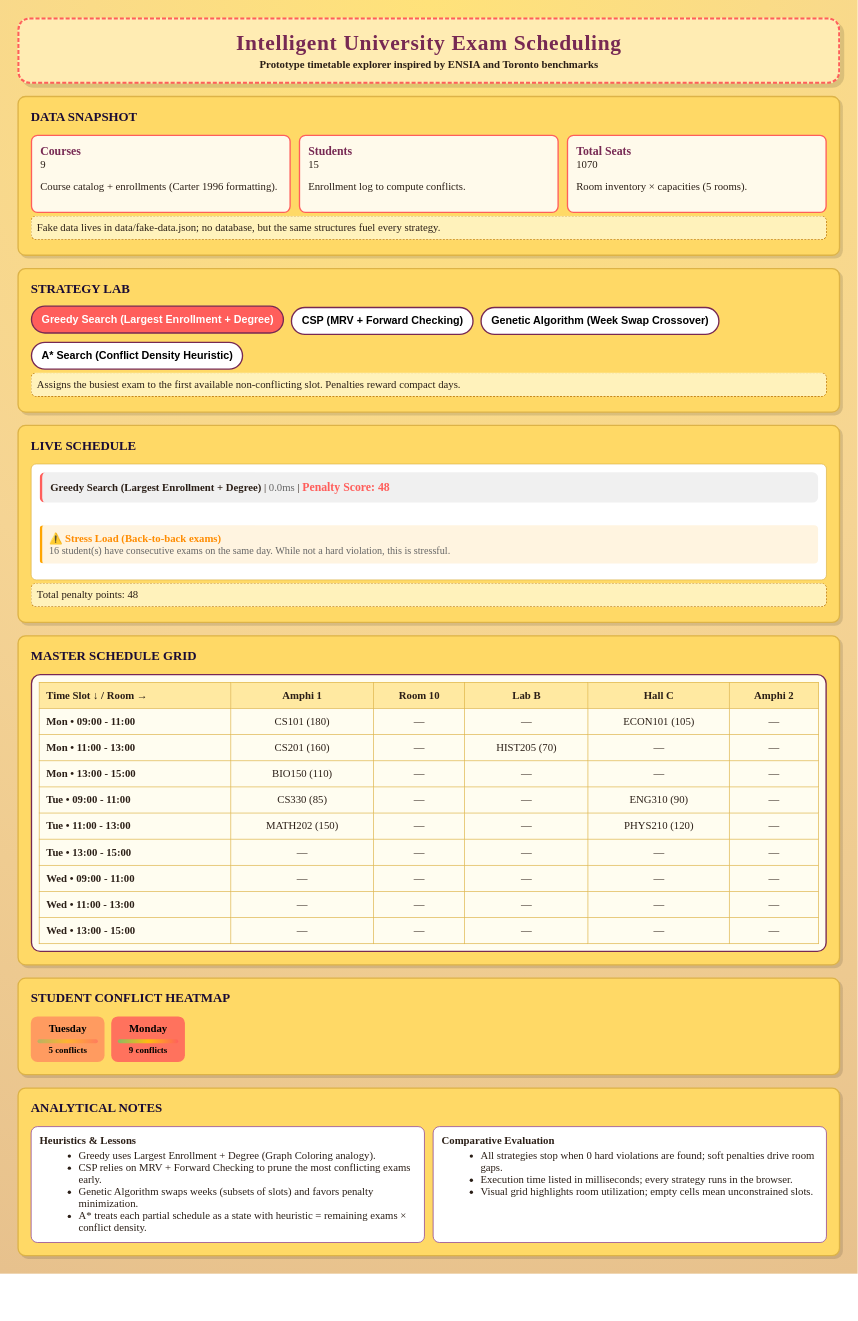
Repository: tarikko/AIExamScheduler
Page: index.html
The author's editor kept a copy of each file at every save. The page is drawn from the files as they stood at one save, then again after the next save.
The browser window is 1280 px wide. The pictures show the whole page, at 67% of full size.

Above is the page before, as saved 2026-02-23 22:36:00.

After the next save:
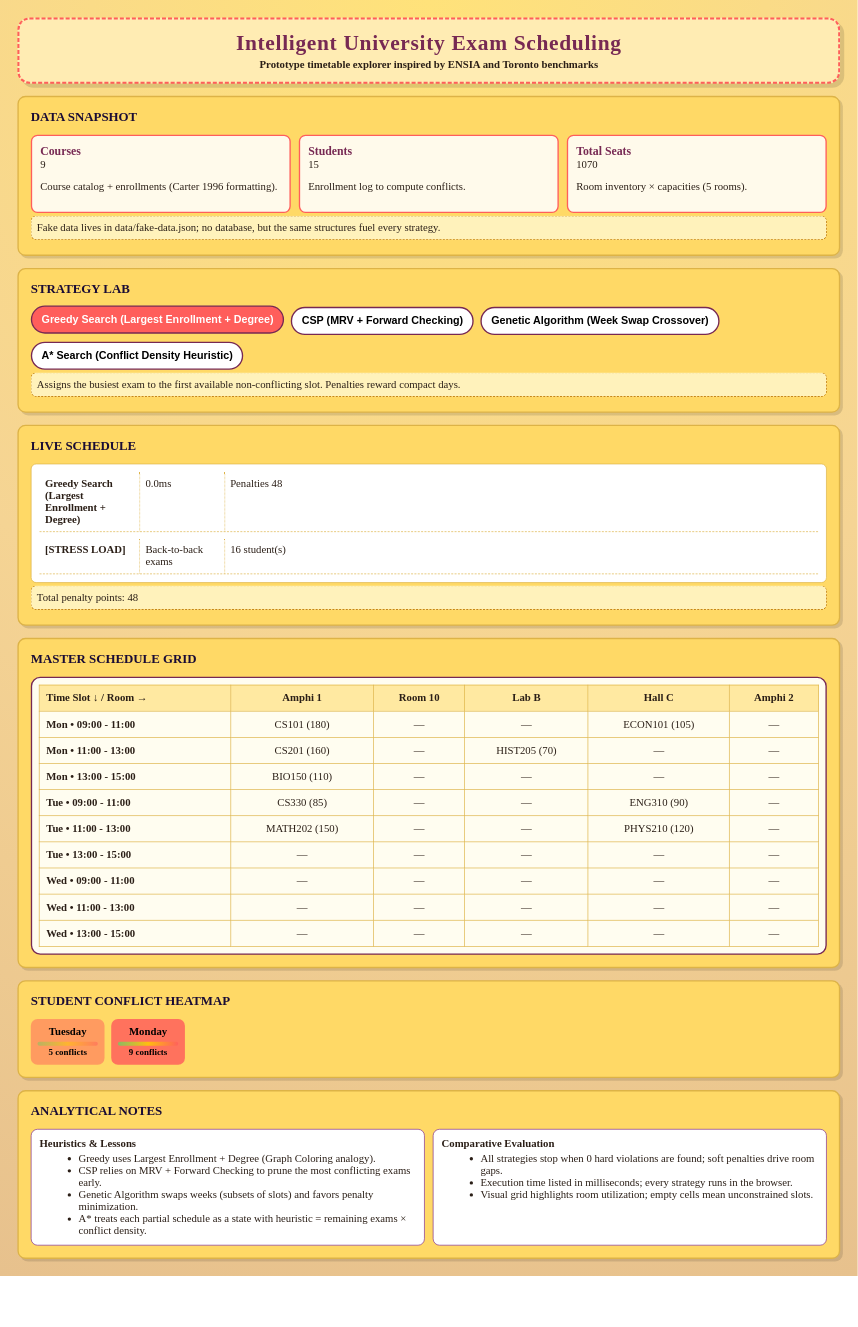
Saved 6 min 46 s later.
--- a/js/ui.js
+++ b/js/ui.js
@@ -38,16 +38,11 @@ export function renderSchedule(assignments, meta) {
 	const results = document.getElementById("schedule-results");
 	results.innerHTML = "";
 
-	// Header with algorithm, time, and penalty
 	const header = document.createElement("div");
-	header.style.cssText = "padding: 12px; margin-bottom: 12px; background: #f0f0f0; border-radius: 8px; border-left: 4px solid var(--accent);";
-	header.innerHTML = `
-		<strong>${meta.label}</strong> |
-		<span style="color: #666;">${meta.time.toFixed(1)}ms</span> |
-		<span style="font-size: 1.1rem; ${meta.penalty > 0 ? 'color: var(--accent); font-weight: bold;' : 'color: green; font-weight: bold;'}">
-			Penalty Score: ${meta.penalty}
-		</span>
-	`;
+	header.className = "grid-row";
+	header.innerHTML = `<div class="grid-cell slot-label">${meta.label}</div>`;
+	header.innerHTML += `<div class="grid-cell">${meta.time.toFixed(1)}ms</div>`;
+	header.innerHTML += `<div class="grid-cell">Penalties ${meta.penalty}</div>`;
 	results.appendChild(header);
 
 	// Room conflicts
@@ -62,25 +57,22 @@ export function renderSchedule(assignments, meta) {
 		});
 	});
 
-	if (Object.keys(roomConflicts).length > 0) {
-		const conflictDiv = document.createElement("div");
-		conflictDiv.style.cssText = "margin: 12px 0; padding: 10px; background: #ffe0e0; border-radius: 6px; border-left: 4px solid var(--accent);";
-		conflictDiv.innerHTML = `<strong style="color: var(--accent);">🚨 Room Conflicts (Multiple courses in same room-time)</strong>`;
-		Object.entries(roomConflicts).forEach(([key, codes]) => {
-			const item = document.createElement("div");
-			item.style.marginTop = "6px";
-			item.textContent = `${key}: ${[...new Set(codes)].join(", ")}`;
-			conflictDiv.appendChild(item);
-		});
-		results.appendChild(conflictDiv);
-	}
+	Object.entries(roomConflicts).forEach(([key, codes]) => {
+		const row = document.createElement("div");
+		row.className = "grid-row";
+		row.innerHTML = `
+			<div class="grid-cell slot-label">[ROOM CONFLICT]</div>
+			<div class="grid-cell">${key}</div>
+			<div class="grid-cell">${[...new Set(codes)].join(", ")}</div>
+		`;
+		results.appendChild(row);
+	});
 
 	// Student conflicts
 	const studentConflicts = {};
 	assignments.forEach((a1) => {
 		assignments.forEach((a2) => {
 			if (a1 !== a2 && a1.slot.id === a2.slot.id) {
-				// Check if any student takes both courses
 				const sharedStudents = [];
 				if (meta.students) {
 					meta.students.forEach((s) => {
@@ -97,40 +89,42 @@ export function renderSchedule(assignments, meta) {
 		});
 	});
 
-	if (Object.keys(studentConflicts).length > 0) {
-		const conflictDiv = document.createElement("div");
-		conflictDiv.style.cssText = "margin: 12px 0; padding: 10px; background: #ffe0e0; border-radius: 6px; border-left: 4px solid var(--accent);";
-		conflictDiv.innerHTML = `<strong style="color: var(--accent);">👤 Student Time Conflicts (Students taking 2 exams same time)</strong>`;
-		Object.entries(studentConflicts).forEach(([key, count]) => {
-			const item = document.createElement("div");
-			item.style.marginTop = "6px";
-			item.textContent = `${key} → ${count} student(s) affected`;
-			conflictDiv.appendChild(item);
-		});
-		results.appendChild(conflictDiv);
+	Object.entries(studentConflicts).forEach(([key, count]) => {
+		const row = document.createElement("div");
+		row.className = "grid-row";
+		row.innerHTML = `
+			<div class="grid-cell slot-label">[STUDENT CONFLICT]</div>
+			<div class="grid-cell">${key}</div>
+			<div class="grid-cell">${count} student(s)</div>
+		`;
+		results.appendChild(row);
+	});
+
+	// Soft violations
+	if (meta.softViolations && meta.softViolations > 0) {
+		const row = document.createElement("div");
+		row.className = "grid-row";
+		row.innerHTML = `
+			<div class="grid-cell slot-label">[STRESS LOAD]</div>
+			<div class="grid-cell">Back-to-back exams</div>
+			<div class="grid-cell">${meta.softViolations} student(s)</div>
+		`;
+		results.appendChild(row);
 	}
 
-	// Soft violations (consecutive exams)
-	if (meta.softViolations && meta.softViolations > 0) {
-		const softDiv = document.createElement("div");
-		softDiv.style.cssText = "margin: 12px 0; padding: 10px; background: #fff4e0; border-radius: 6px; border-left: 4px solid #ffa500;";
-		softDiv.innerHTML = `
-			<strong style="color: #ff8c00;">⚠️ Stress Load (Back-to-back exams)</strong><br>
-			<span style="font-size: 0.95rem; color: #666;">
-			${meta.softViolations} student(s) have consecutive exams on the same day. While not a hard violation, this is stressful.
-			</span>
-		`;
-		results.appendChild(softDiv);
+	if (Object.keys(roomConflicts).length === 0 && Object.keys(studentConflicts).length === 0 && (!meta.softViolations || meta.softViolations === 0)) {
+		const row = document.createElement("div");
+		row.className = "grid-row";
+		row.innerHTML = `
+			<div class="grid-cell slot-label">[OK]</div>
+			<div class="grid-cell">No violations</div>
+			<div class="grid-cell">Clean schedule</div>
+		`;
+		results.appendChild(row);
 	}
 
-	if (Object.keys(roomConflicts).length === 0 && Object.keys(studentConflicts).length === 0 && (!meta.softViolations || meta.softViolations === 0)) {
-		const goodDiv = document.createElement("div");
-		goodDiv.style.cssText = "margin: 12px 0; padding: 10px; background: #e0ffe0; border-radius: 6px; border-left: 4px solid green;";
-		goodDiv.innerHTML = `<strong style="color: green;">✅ Perfect! No violations detected.</strong>`;
-		results.appendChild(goodDiv);
-	}
-
-	document.getElementById("score-note").textContent = `Total penalty points: ${meta.penalty}`;
+	document.getElementById("score-note").textContent =
+		"Total penalty points: " + meta.penalty;
 }
 
 export function buildMasterGrid(assignments, rooms, timeSlots) {
